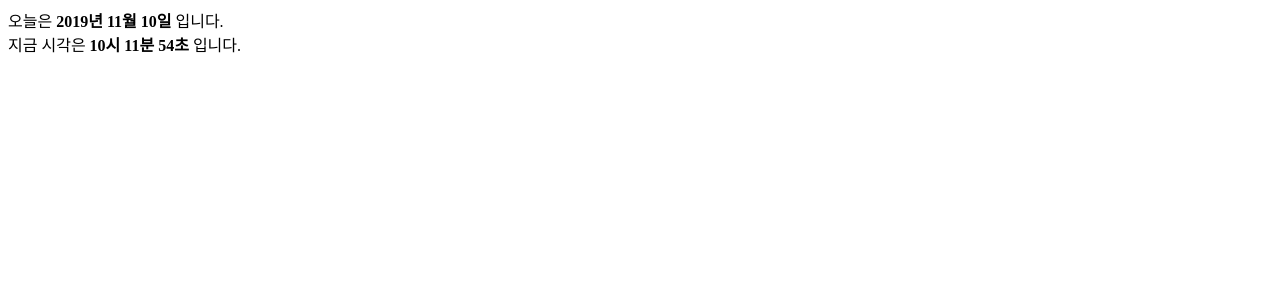
Repository: dkfagh/JSP_WS_2019_1
Page: http://localhost/Hello/import.jsp
An editor plug-in stored every save of this project. The page is shown before and after the next save, followed by the edit.
The browser window is 1280 px wide. The pictures show the whole page.
The page is served by Tomcat 9.

Above is the page before, as saved 2019-11-12 06:58:39.

After the next save:
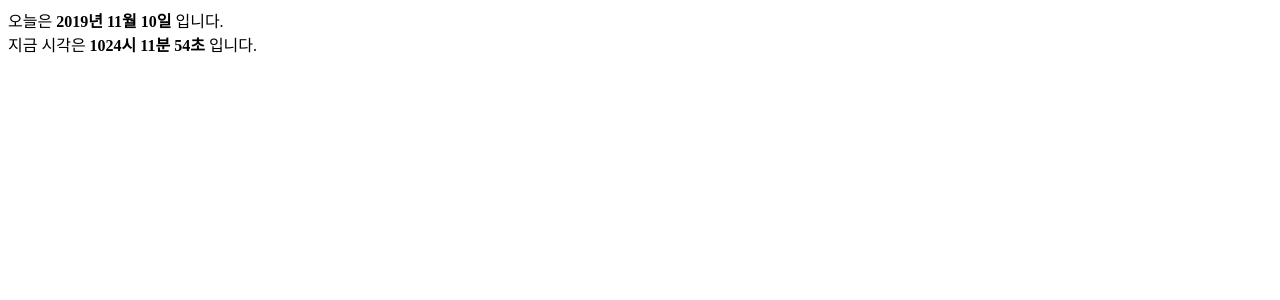
Saved 36 min 32 s later.
--- a/Hello/WebContent/import.jsp
+++ b/Hello/WebContent/import.jsp
@@ -12,7 +12,7 @@
 <%
 	Calendar date = Calendar.getInstance();
 	SimpleDateFormat today = new SimpleDateFormat("yyyy년 MM월 dd일");
-	SimpleDateFormat now = new SimpleDateFormat("hh시 mm분 ss초");
+	SimpleDateFormat now = new SimpleDateFormat("hh24시 mm분 ss초");
 %>
 오늘은 <b> <%= today.format(date.getTime()) %> </b> 입니다. <br>
 지금 시각은 <b> <%= now.format(date.getTime()) %> </b> 입니다.
